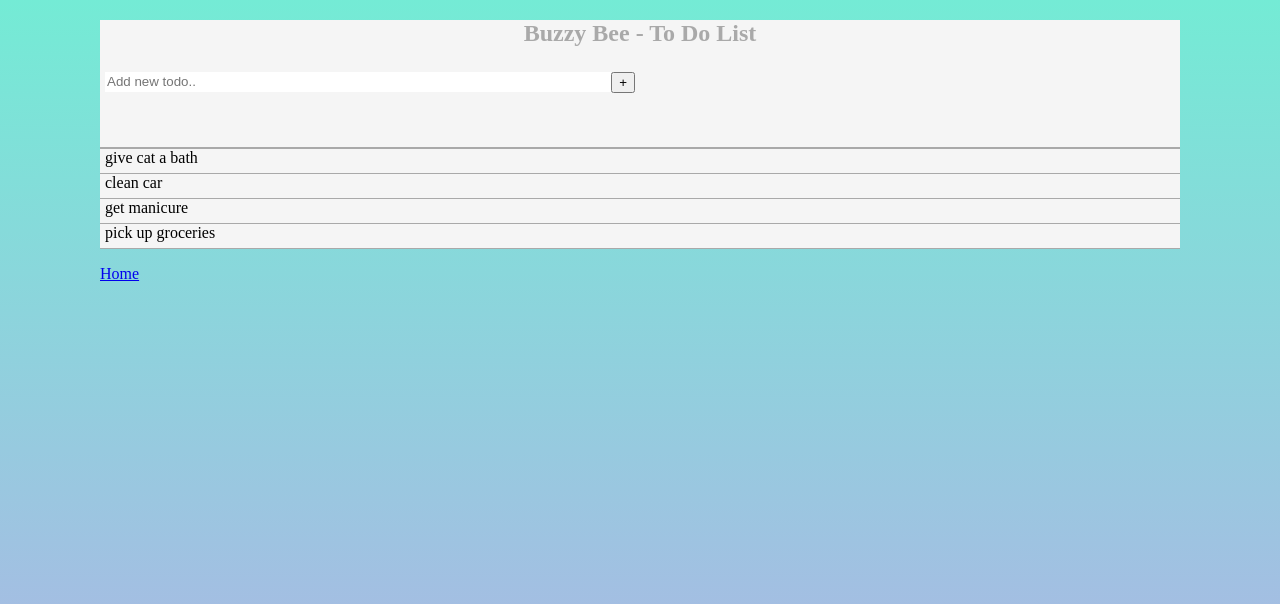
Repository: seleniadelgado/backend-spring2020-angie
Page: projects/todo/public_html/index.html
An editor plug-in stored every save of this project. The page is shown before and after the next save, followed by the edit.
The browser window is 1280 px wide. The pictures show the whole page.
The page's requests for data from a server got no answer.

Above is the page before, as saved 2020-05-12 20:12:58.

After the next save:
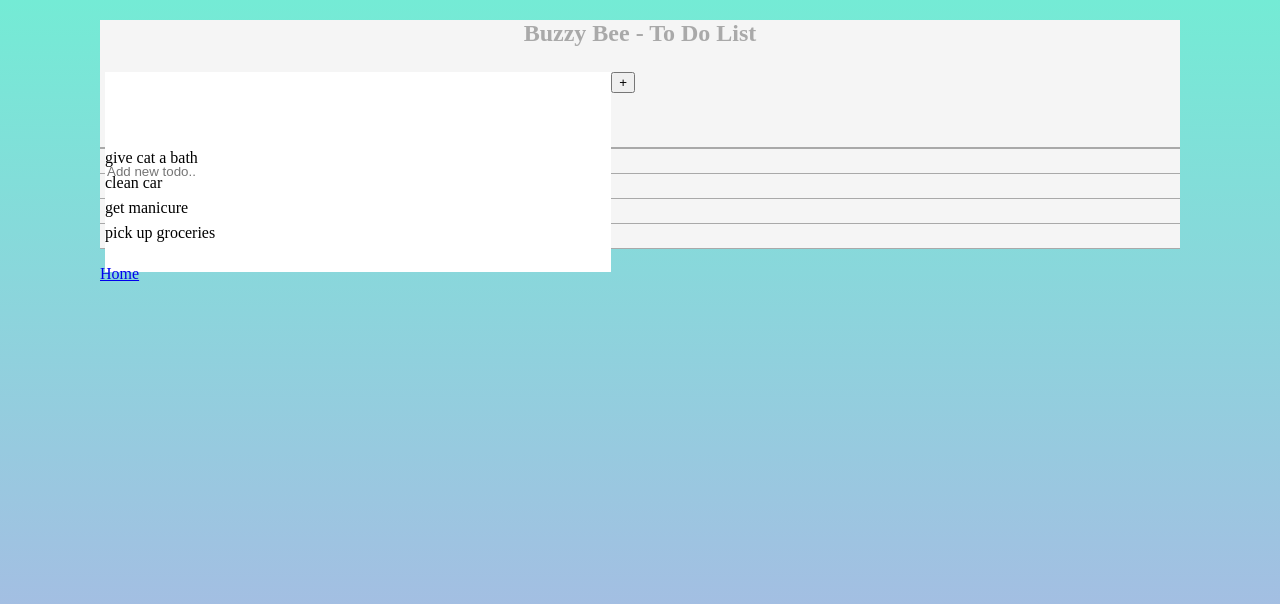
Saved 7 s later.
--- a/projects/todo/public_html/styles.css
+++ b/projects/todo/public_html/styles.css
@@ -32,7 +32,7 @@ body {
 #newNote {
     border: none;
     width: 100%;
-    height: 100%;
+    height: 1000%;
 }
 #myList {
     list-style: none;

After the save that followed:
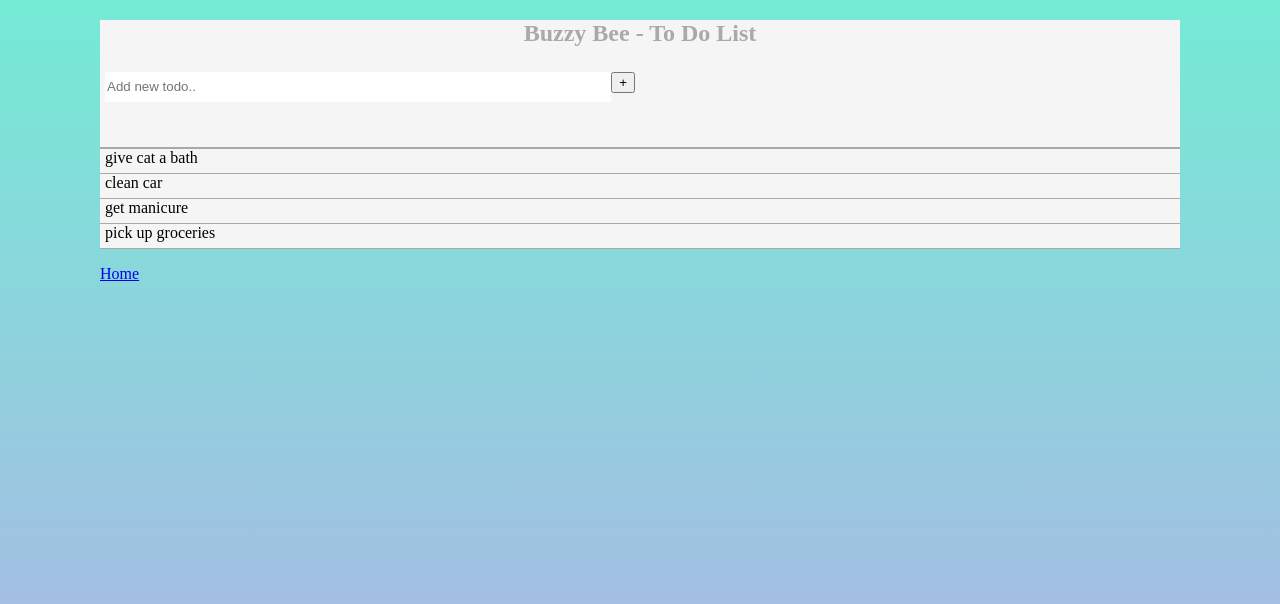
Saved 7 s later.
--- a/projects/todo/public_html/styles.css
+++ b/projects/todo/public_html/styles.css
@@ -32,7 +32,7 @@ body {
 #newNote {
     border: none;
     width: 100%;
-    height: 1000%;
+    height: 150%;
 }
 #myList {
     list-style: none;
